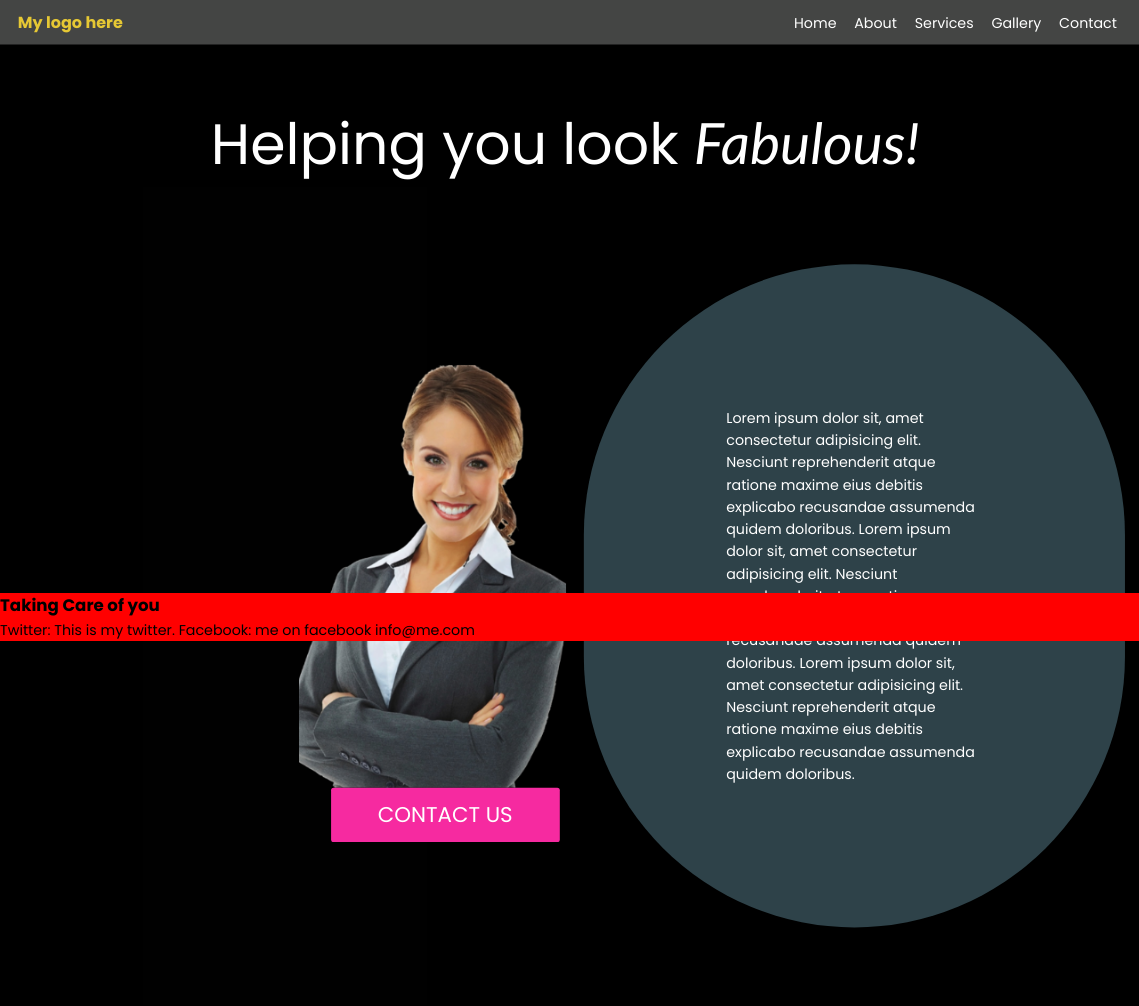
Repository: buzzedison/gardens
Page: index.html
An editor plug-in stored every save of this project. The page is shown before and after the next save, followed by the edit.
The browser window is 1280 px wide. The pictures show the whole page, at 89% of full size.

Above is the page before, as saved 2022-01-13 04:32:04.

After the next save:
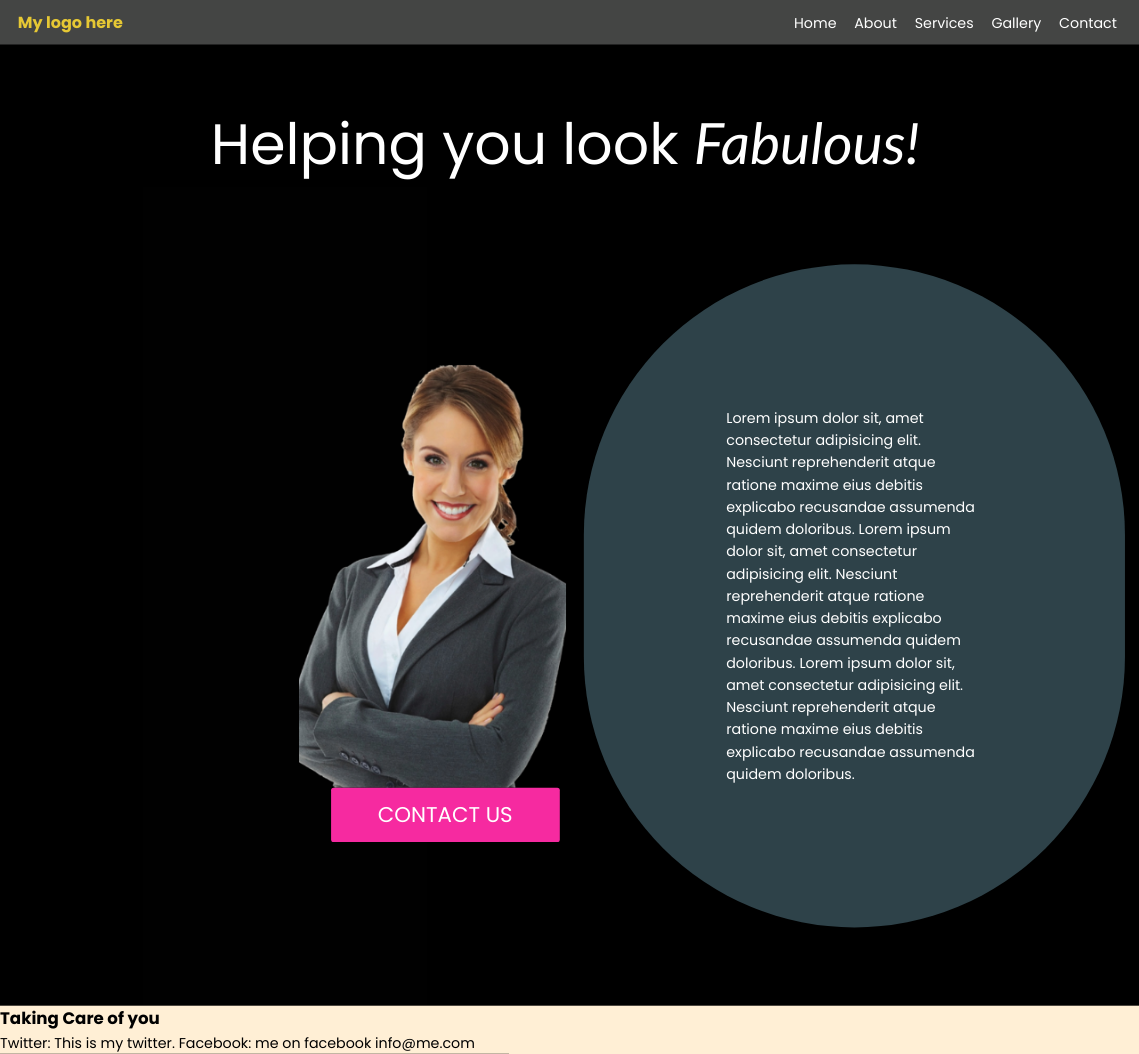
Saved 3 min 19 s later.
--- a/css/styles.css
+++ b/css/styles.css
@@ -277,9 +277,18 @@ a.button{
 
 
   .footer {
-    position: fixed;
+    /* position: fixed;
     left: 0;
     bottom: 0;
     width: 100%;
-    background-color: red;
-  }
+    background-color: red; */
+
+    min-height: 100vh;
+  margin: 0;
+
+  display: grid;
+  grid-template-rows: auto 1fr auto;
+
+  min-height:50px;
+  background:PapayaWhip;
+  }
